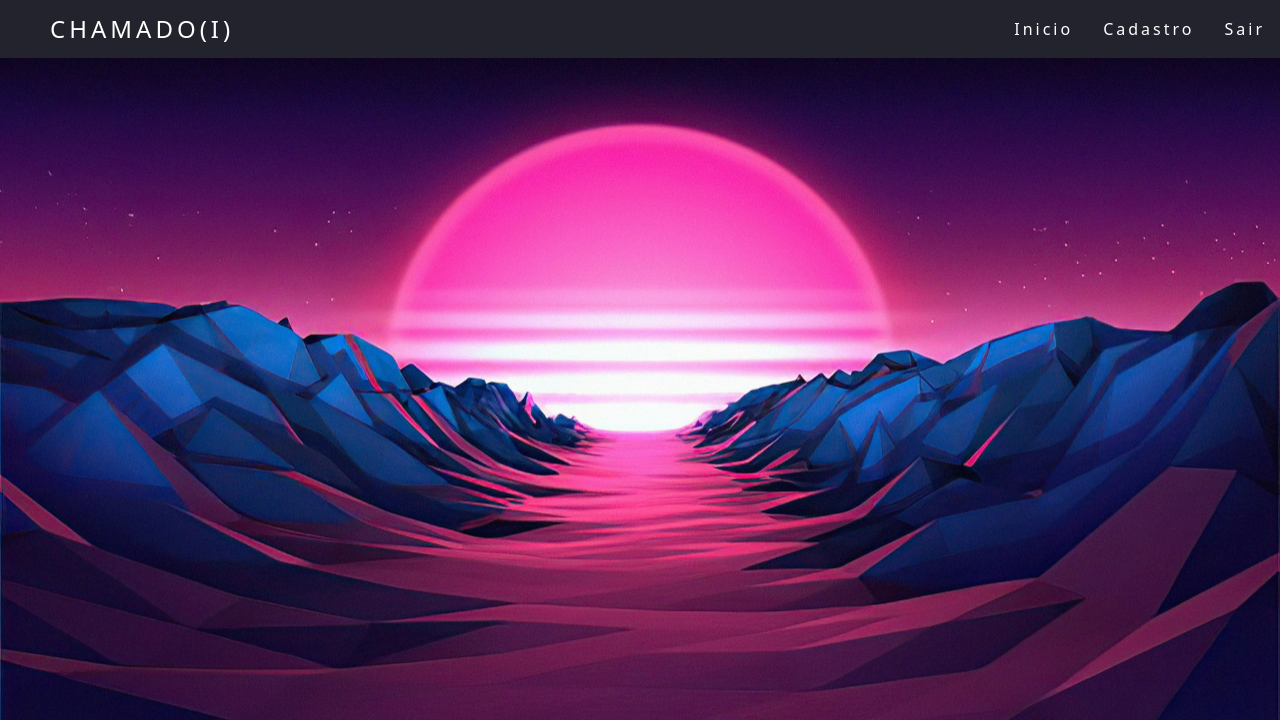
Repository: isaquemc2001/isaque-utilities
Page: index.html
An editor plug-in stored every save of this project. The page is shown before and after the next save, followed by the edit.
The browser window is 1280 px wide. The pictures show the whole page.

Above is the page before, as saved 2021-10-28 13:03:43.

After the next save:
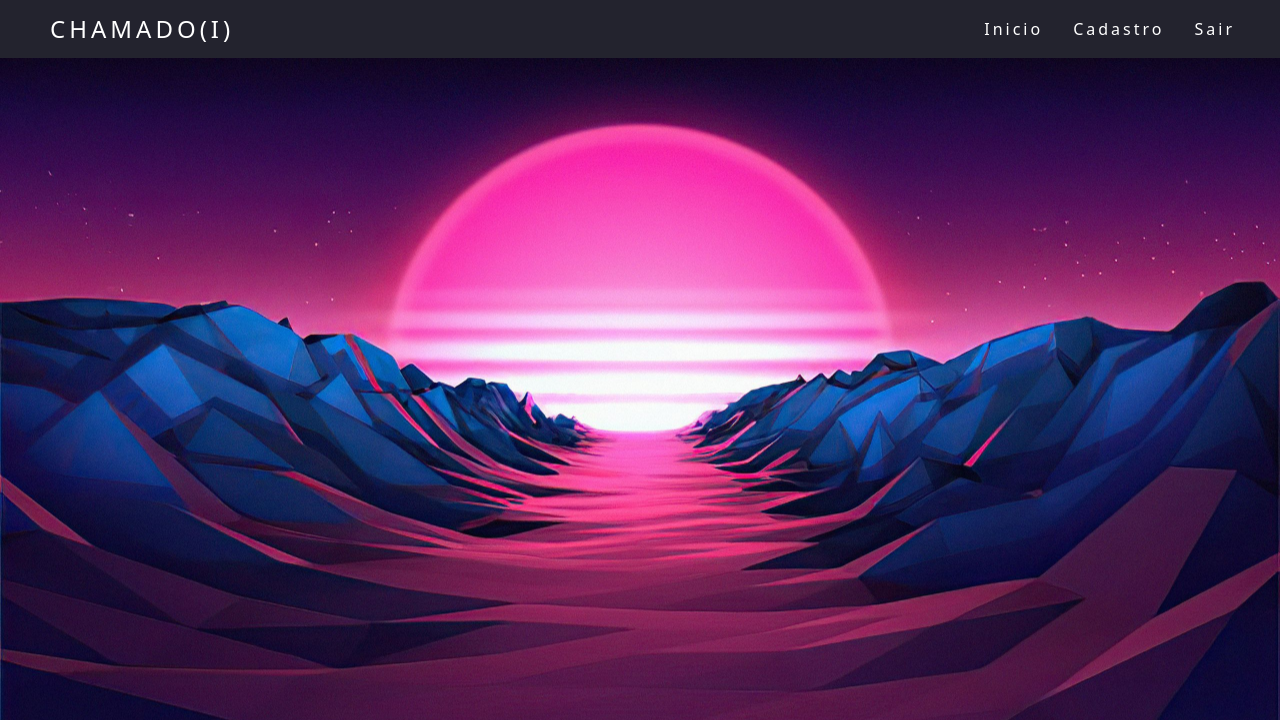
Saved 2 min 22 s later.
--- a/index.html
+++ b/index.html
@@ -22,6 +22,7 @@
                 <li><a href="#">Inicio</a></li>
                 <li><a href="#">Cadastro</a></li>
                 <li><a href="#">Sair</a></li>
+                <li></li>
             </ul>
         </nav>
     </header>
